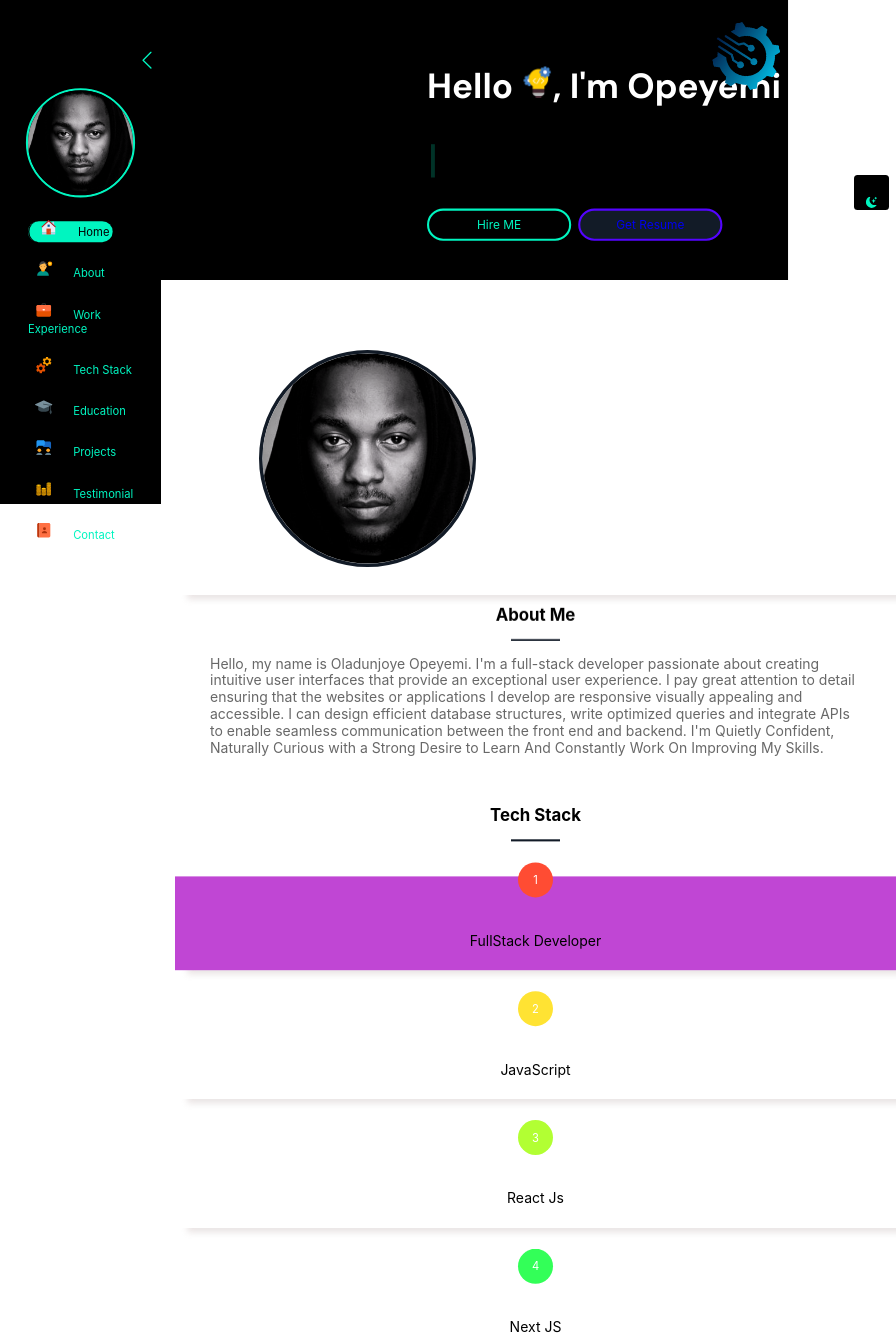
Repository: Laoye99/portfolio
Page: /
The author's editor kept a copy of each file at every save. The page is drawn from the files as they stood at one save, then again after the next save.
The browser window is 1280 px wide. The pictures show the part of the page from y = 0 to 1920 px (the page is 2977 px tall), at 70% of full size.
The project was rebuilt for these pictures with package versions that can differ from the ones it lists, and the page was loaded fresh each time. Also part of the build but not shown: src/App.css. Imported but missing from the stored project, and not drawn on this page: src/components/Home/MyResume.pdf.

Above is the page before, as saved 2024-02-15 13:31:29.

After the next save:
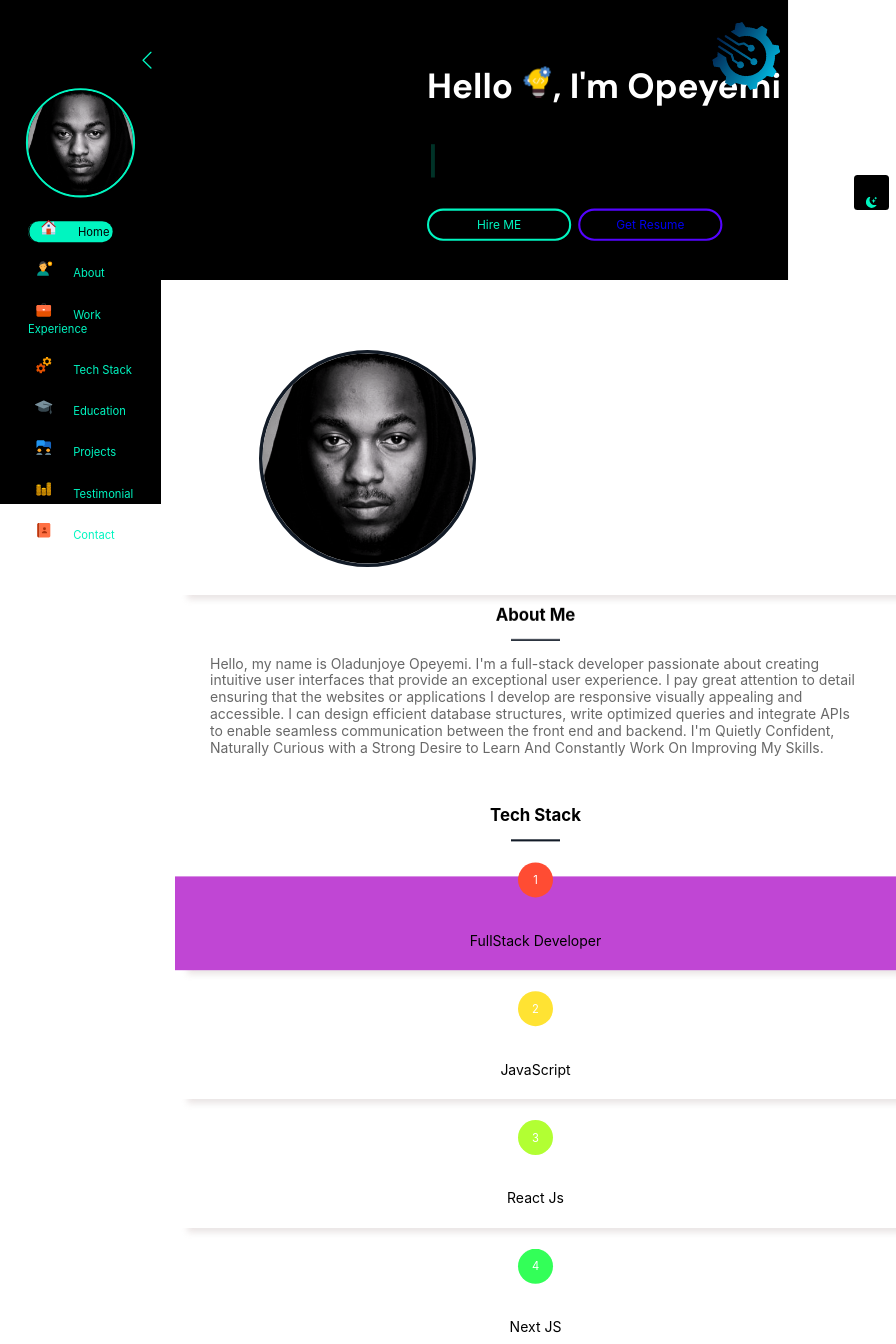
Saved 19 s later.
--- a/src/components/Home/Home.css
+++ b/src/components/Home/Home.css
@@ -58,7 +58,7 @@
   font-size: 20px;
 }
 .get-resume-button {
-  background-color: #121b27;
+  background-color: #000000;
   text-align: center;
   width: 180px;
   padding: 10px;
